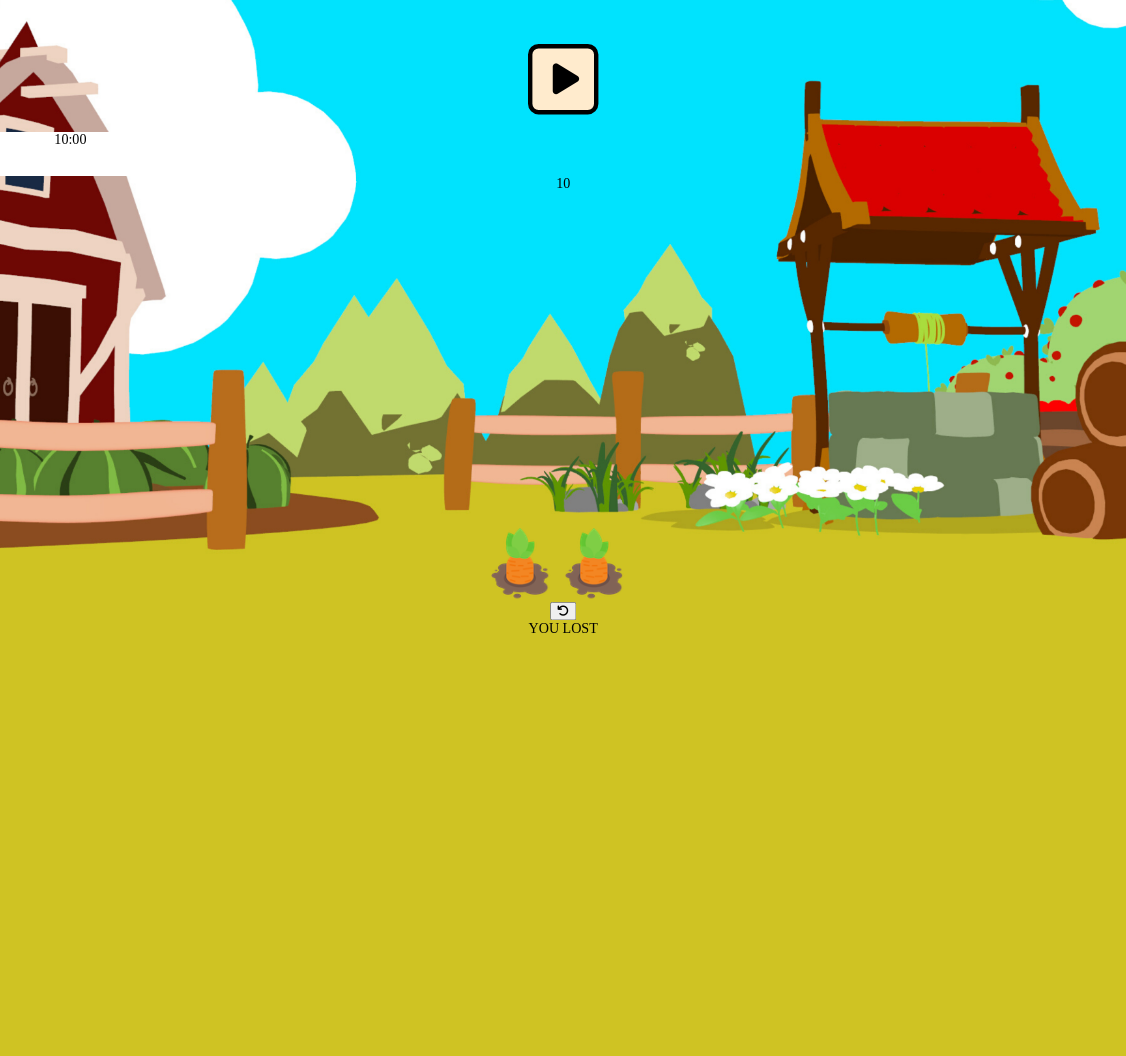
Repository: keehoonjung/Bug-Game
Page: index.html
An editor plug-in stored every save of this project. The page is shown before and after the next save, followed by the edit.
The browser window is 1280 px wide. The pictures show the whole page, at 88% of full size.
Some web libraries are served in a nearby version.

Above is the page before, as saved 2021-08-10 10:53:25.

### index.html
<!DOCTYPE html>
<html lang="en">
<head>
    <meta charset="UTF-8">
    <meta http-equiv="X-UA-Compatible" content="IE=edge">
    <meta name="viewport" content="width=device-width, initial-scale=1.0">
    <title>Document</title>
    <link rel="stylesheet" href="style.css">
    <script src="main.js"></script>
    <script src="https://kit.fontawesome.com/a7a8d59961.js" crossorigin="anonymous"></script>
</head>
<body>
    <section class="container">
        <section class="header">
            <button class="play__btn">
                <i class="fas fa-play"></i>
            </button>
            <div class="timer">
                10:00
            </div>
            <div class="count">10</div>
        </section>
        <section class="playground">
            <img src="./img/carrot.png" alt="carrot">
            <img src="./img/carrot.png" alt="carrot">
        </section>
        <div class="popup">
            <button class="retry">
                <i class="fas fa-undo"></i>
            </button>
            <div class="message">YOU LOST</div>
        </div>
    </section>
</body>
</html>

### style.css
* {
  box-sizing: border-box;
}

body {
  margin: 0;
}

button {
}
.container {
  background: center/ cover no-repeat url(/img/background.png);
  height: 1200px;
  text-align: center;
}

.header {
  height: 600px;
  padding-top: 50px;
}

.play__btn {
  width: 80px;
  height: 80px;
  background-color: blanchedalmond;
  font-size: 40px;
  border: 5px solid black;
  border-radius: 12px;
  padding-left: 12px;
  margin-bottom: 20px;
}

.timer {
  width: 160px;
  height: 50px;
  background-color: white;
}

Loaded but not shown: main.js (no copy from this time; the picture is the same without it)

After the next save:
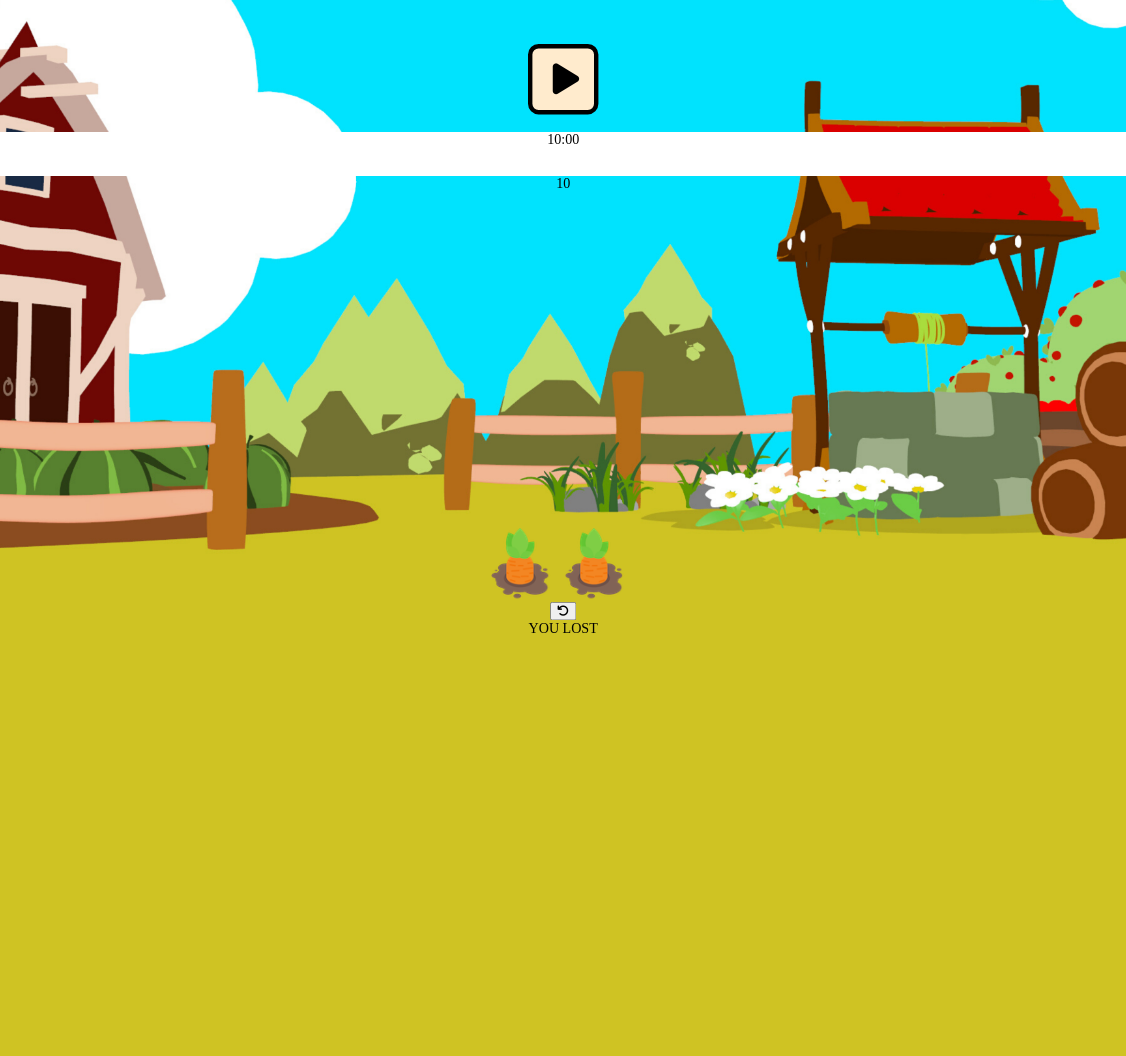
Saved 5 s later.
--- a/style.css
+++ b/style.css
@@ -31,6 +31,7 @@
 }
 
 .timer {
+    margin: auto
   width: 160px;
   height: 50px;
   background-color: white;

After the 3 saves that followed:
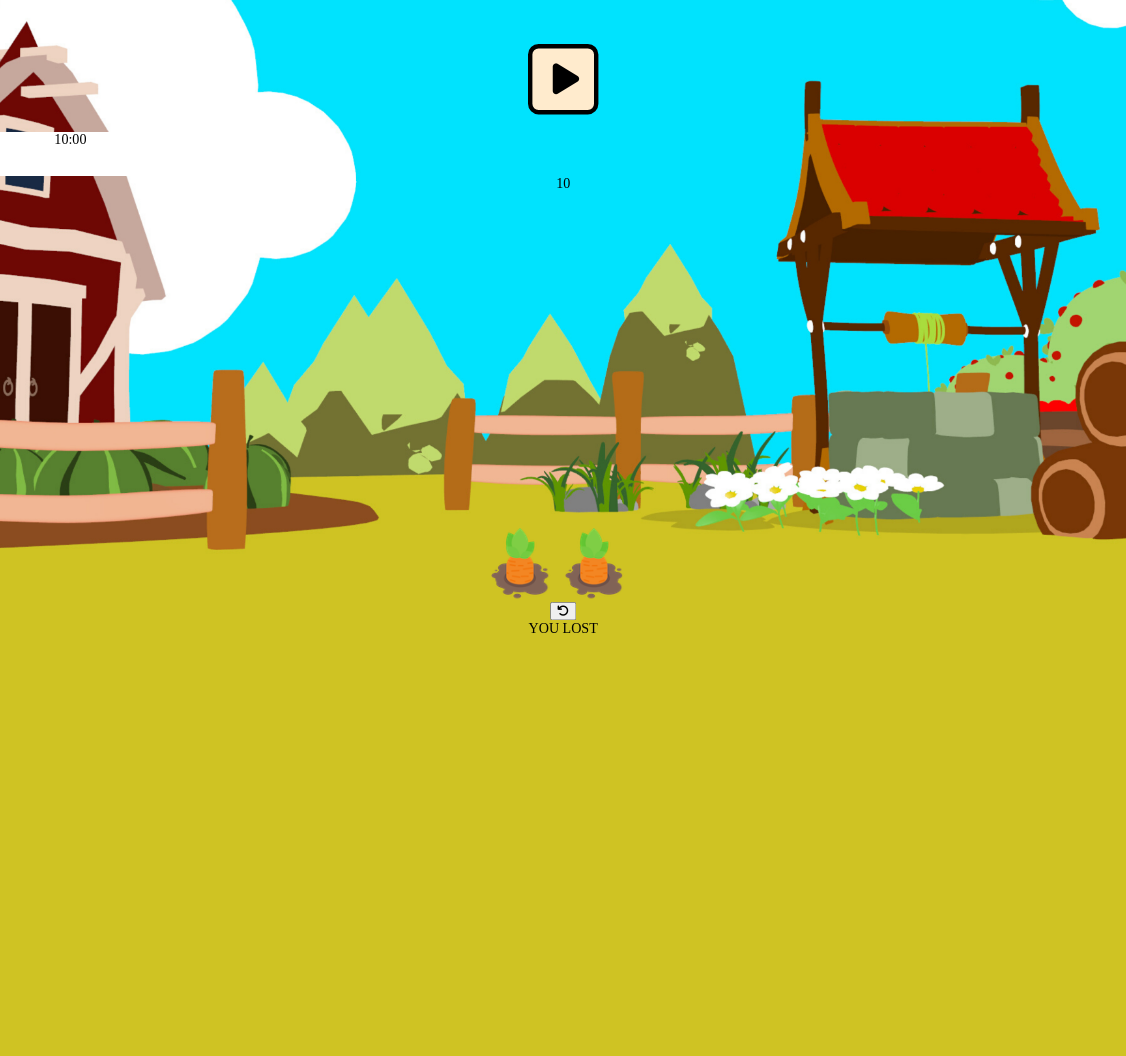
The 3 saves are shown as one change because 1 left the picture as it was and some came seconds apart.
The last was saved 13 s later.
--- a/style.css
+++ b/style.css
@@ -31,7 +31,6 @@
 }
 
 .timer {
-    margin: auto
   width: 160px;
   height: 50px;
   background-color: white;
